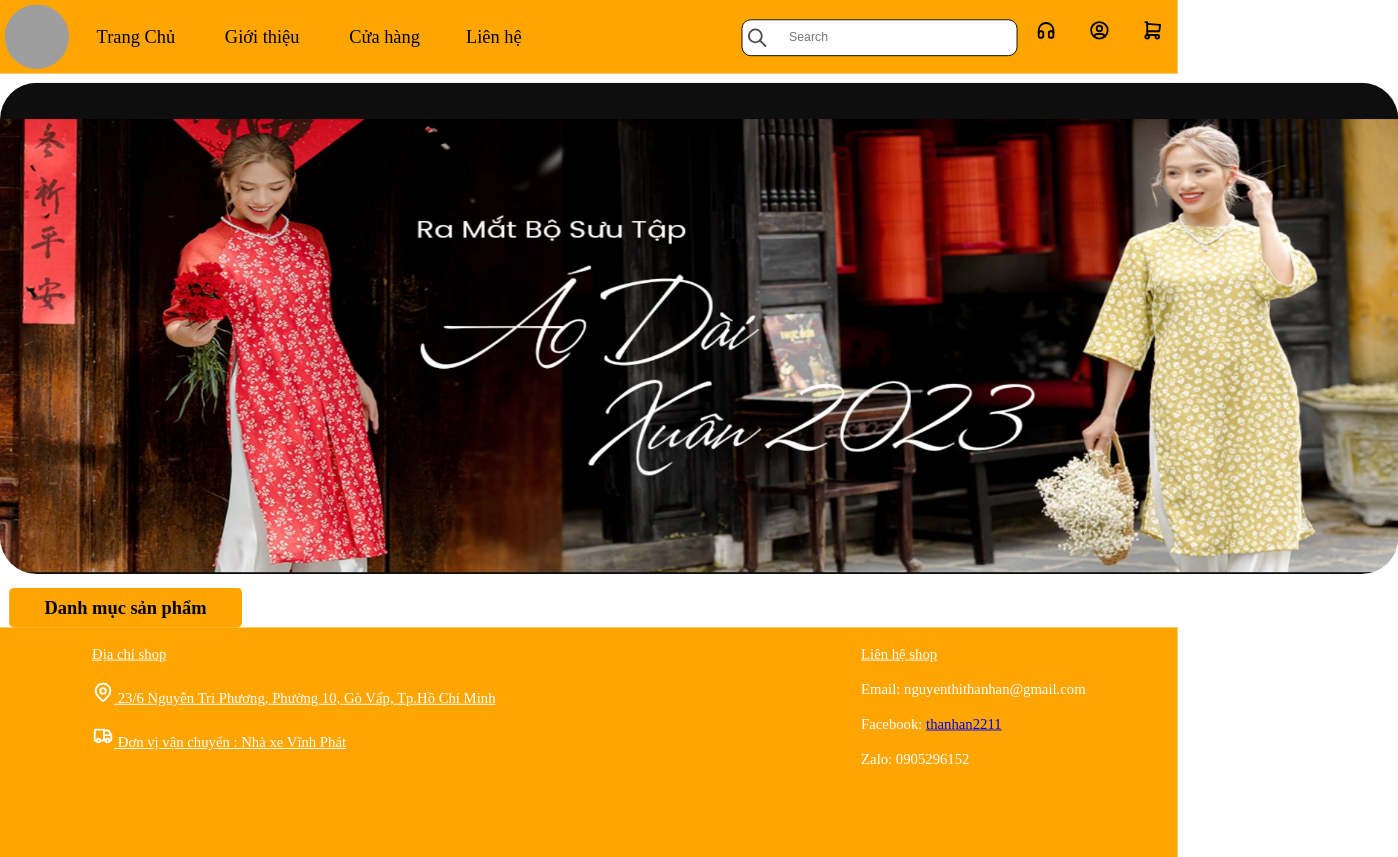
Repository: manhhieu120499/test-page
Page: index.html
The author's editor kept a copy of each file at every save. The page is drawn from the files as they stood at one save, then again after the next save.
The browser window is 1280 px wide. The page is 1520 px wide, so the pictures cover 1520 px, including what lies to the right of the window. The pictures show the whole page, at 92% of full size.
Pictures or frames that could not be fetched are drawn as grey boxes.

Above is the page before, as saved 2023-01-12 00:34:19.

After the next save:
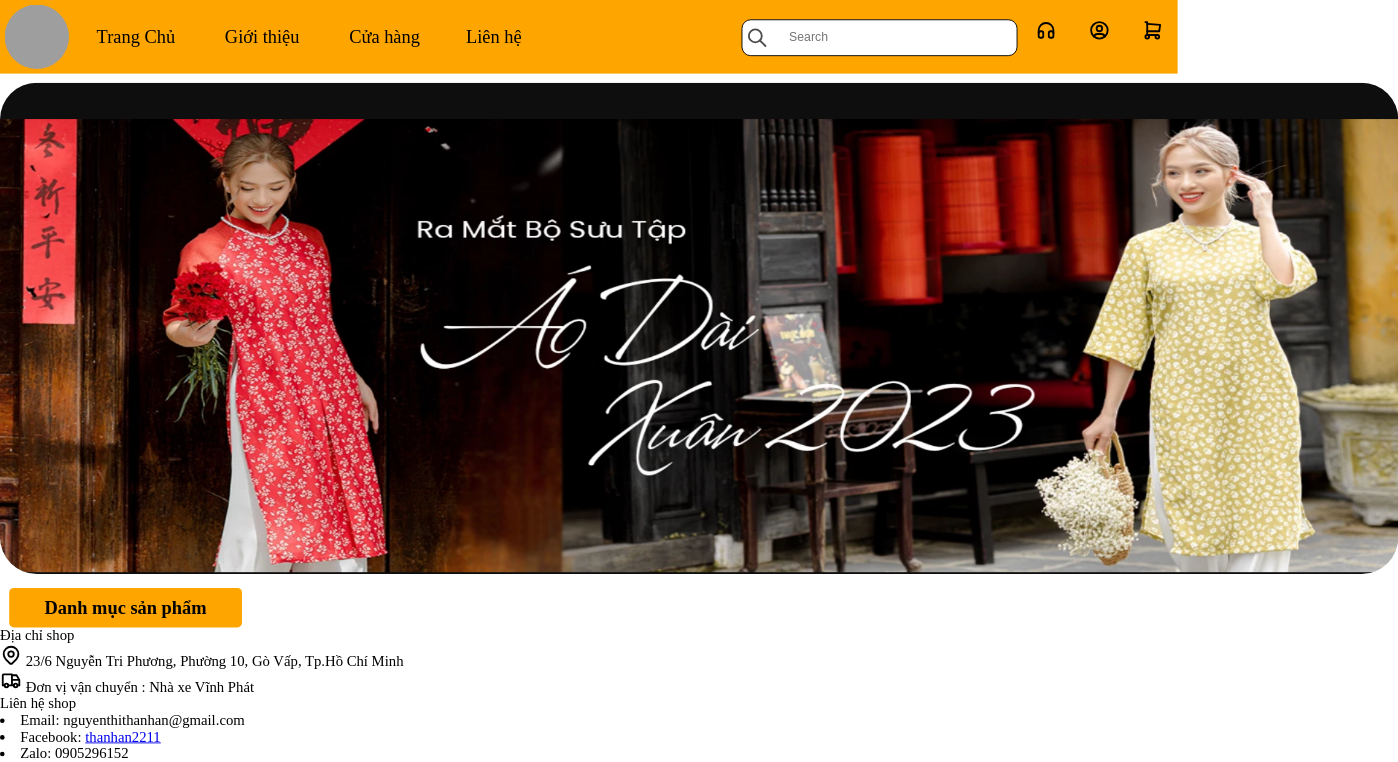
Saved 43 s later.
--- a/style.css
+++ b/style.css
@@ -85,7 +85,7 @@
     font-size: 20px;
 }
 
-#footer {
+/* #footer {
    height: 250px;
    background-color: orange;
    display: flex;
@@ -118,4 +118,4 @@
 .contact li {
     list-style: none;
     margin-top: 20px;
-}
+} */

After the save that followed:
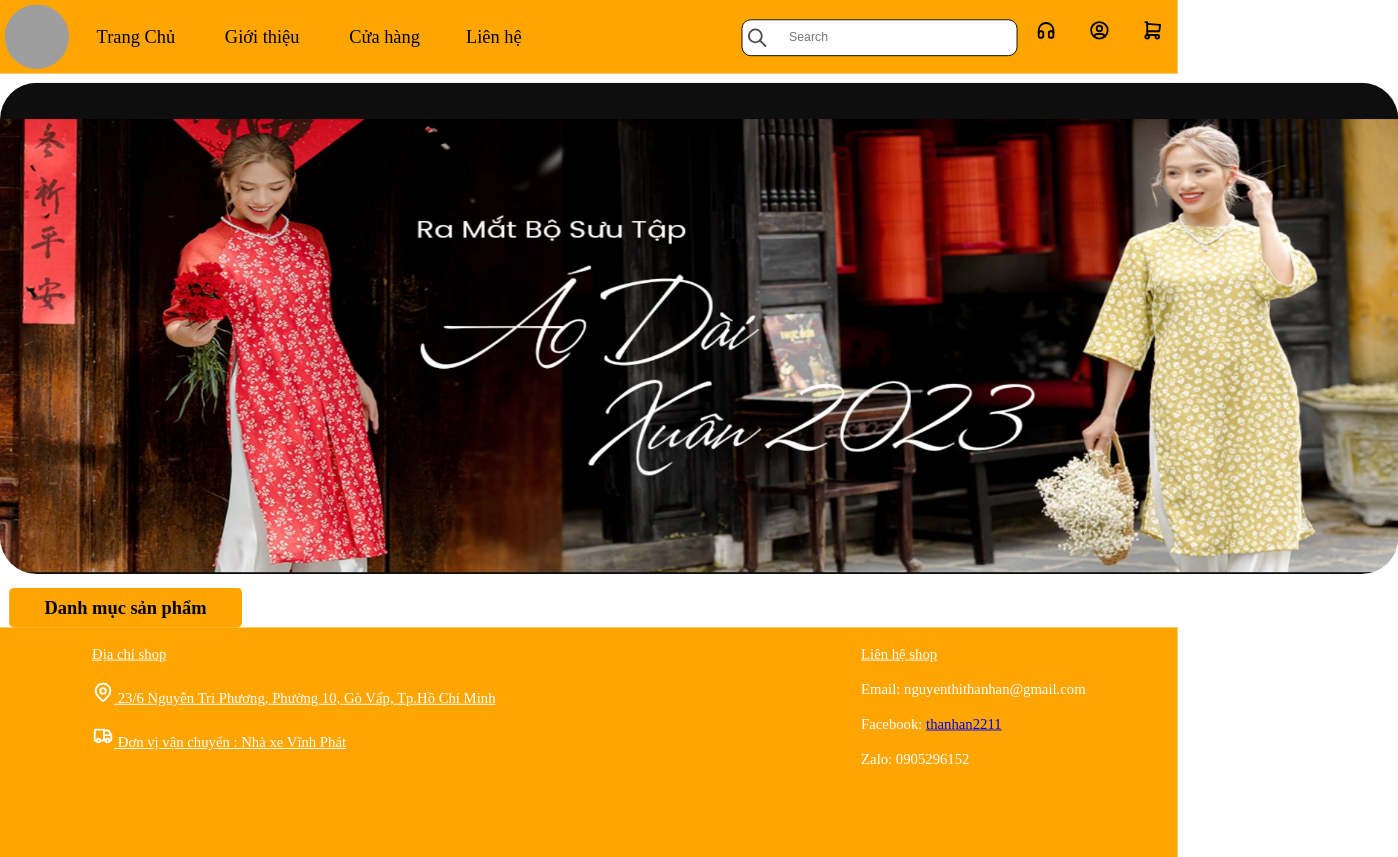
Saved 48 s later.
--- a/style.css
+++ b/style.css
@@ -85,7 +85,7 @@
     font-size: 20px;
 }
 
-/* #footer {
+#footer {
    height: 250px;
    background-color: orange;
    display: flex;
@@ -118,4 +118,4 @@
 .contact li {
     list-style: none;
     margin-top: 20px;
-} */
+}
